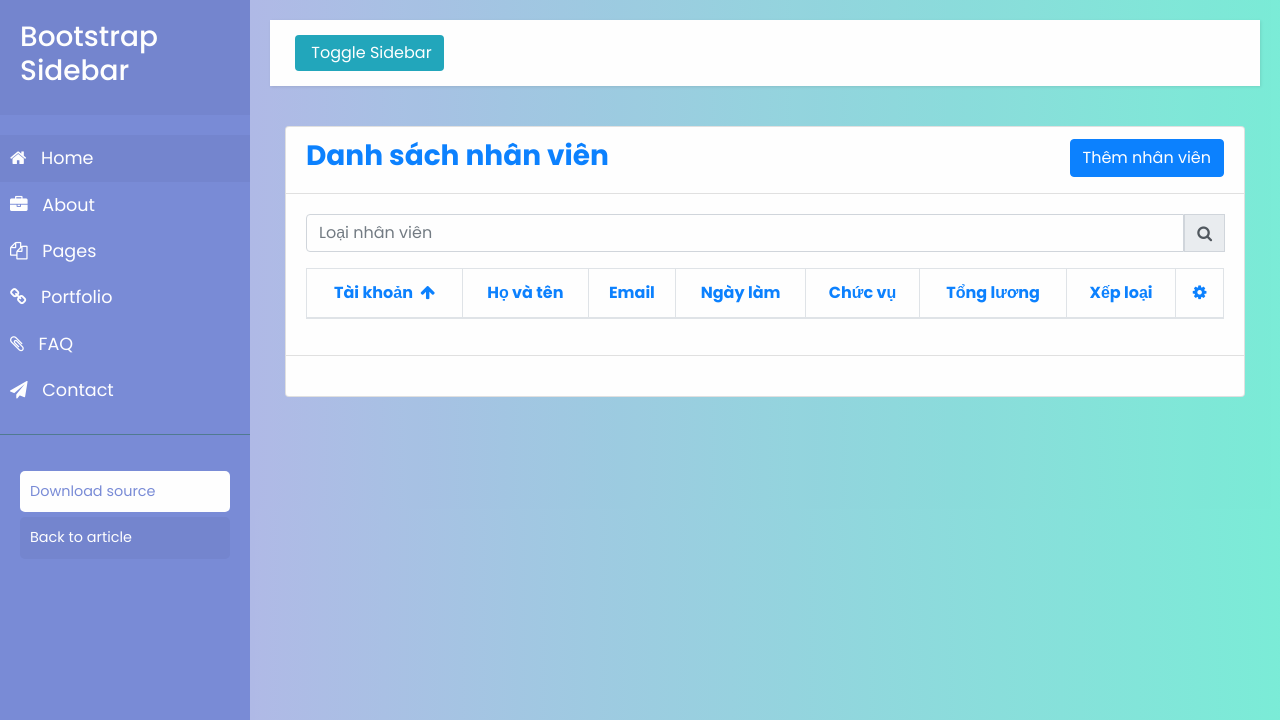
Repository: dovanthao2404/BC14_BaiTap_JS_Buoi_9-10
Page: index.html
An editor plug-in stored every save of this project. The page is shown before and after the next save, followed by the edit.
The browser window is 1280 px wide. The pictures show the whole page.
Some web fonts or font styles are not loaded; a fallback is used.

Above is the page before, as saved 2021-07-25 18:47:56.

After the next save:
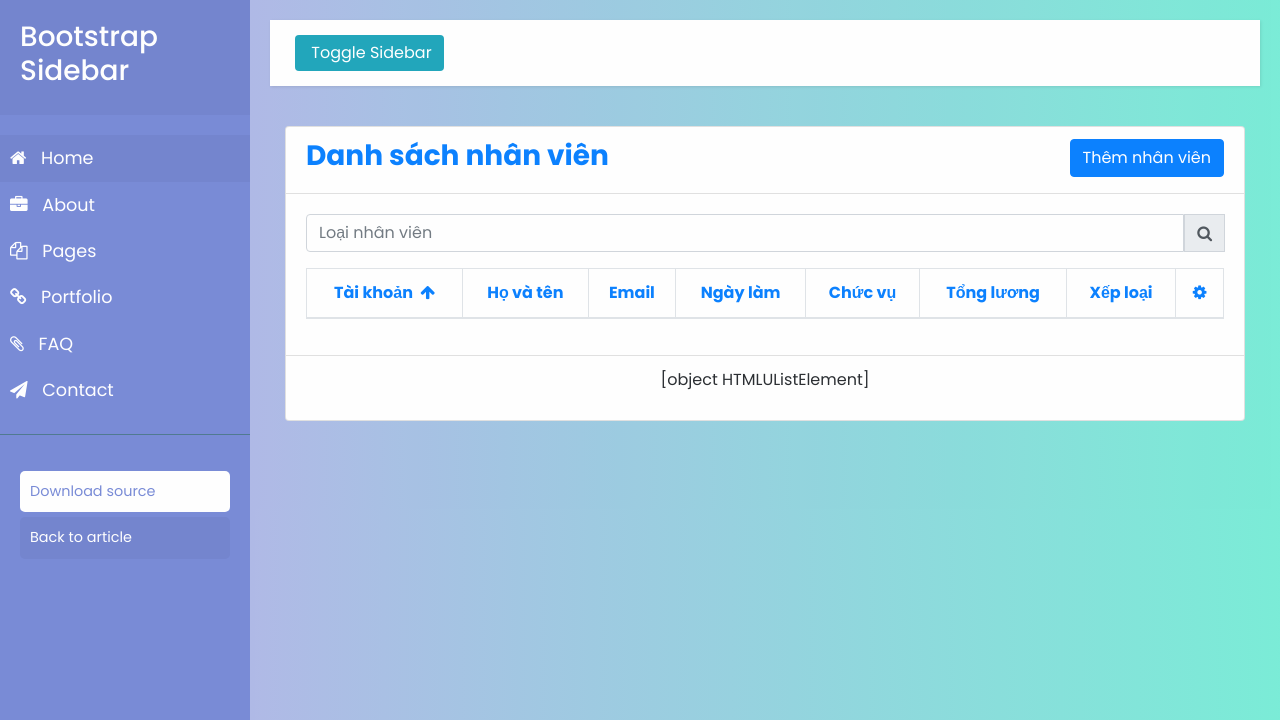
Saved 11 s later.
--- a/js/main.js
+++ b/js/main.js
@@ -41,6 +41,7 @@
       <a class="page-link" href="pagination-${i}">${i}</a>
     </li>`
   }
+  ulPagination.innerHTML = ulPagination;
 
   var rowStart = (pwdPage - 1) * row;
   var rowEnd = rowStart * row;

After the save that followed:
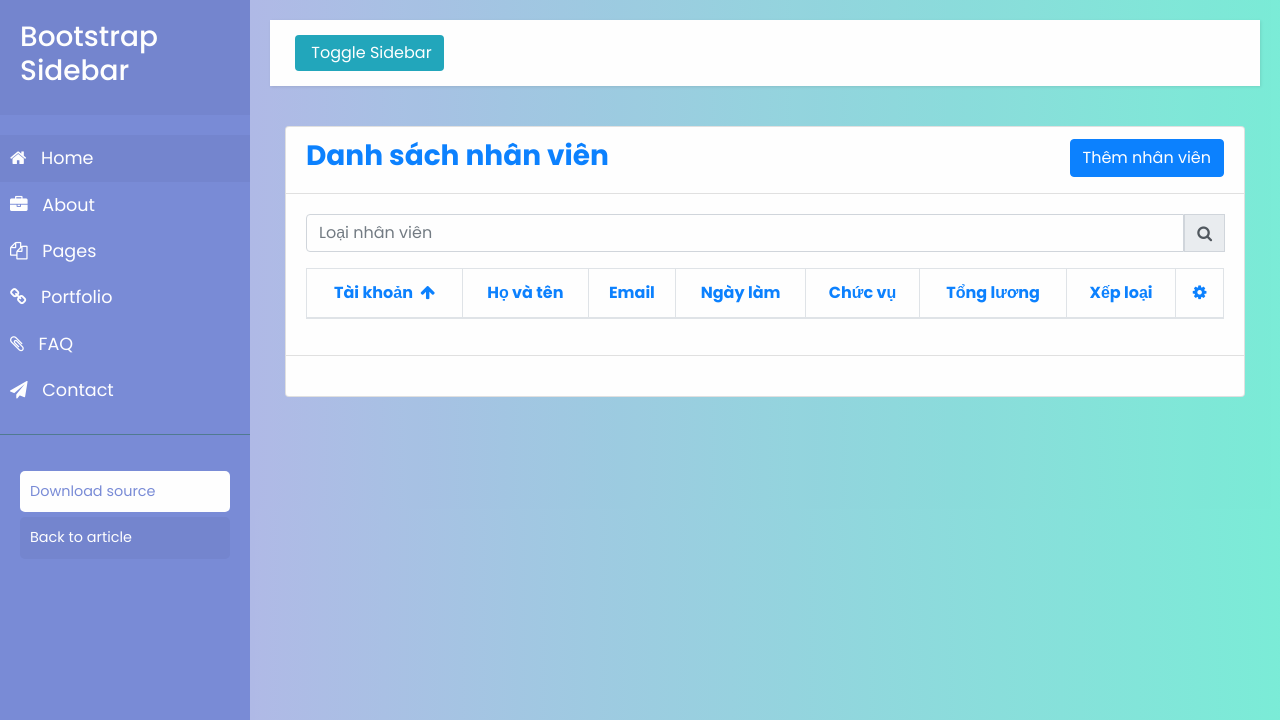
Saved 12 s later.
--- a/js/main.js
+++ b/js/main.js
@@ -41,7 +41,7 @@
       <a class="page-link" href="pagination-${i}">${i}</a>
     </li>`
   }
-  ulPagination.innerHTML = ulPagination;
+  ulPagination.innerHTML = htmlUlPagination;
 
   var rowStart = (pwdPage - 1) * row;
   var rowEnd = rowStart * row;
